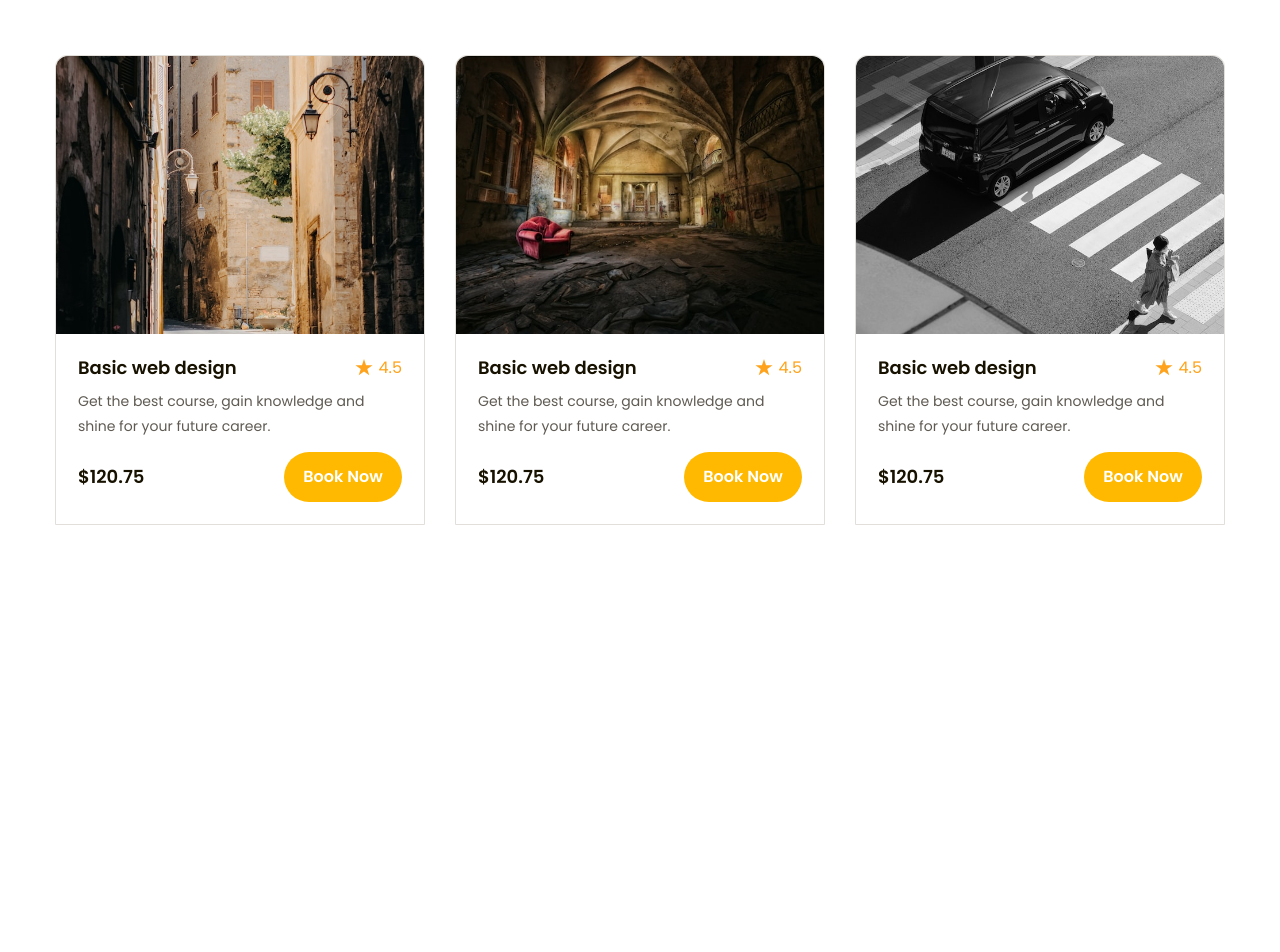
Repository: empty24062002/f8-htmlcss-02-pratice
Page: index.html
These files come from the project's save history. The page is drawn as it stood at one moment and after the next save; the edit follows.
The browser window is 1280 px wide. The pictures show the part of the page from y = 1196 to 2148 px (the page is 5187 px tall).
A picture or video elsewhere on the page could not be fetched, so the positions and the page height are approximate.

Above is the page before, as saved 2023-07-19 08:36:01.

### index.html
<!DOCTYPE html>
<html lang="en">
    <head>
        <meta charset="UTF-8" />
        <meta name="viewport" content="width=device-width, initial-scale=1.0" />
        <title>F8 Project 02 Practice</title>
        <!-- Reset CSS -->
        <link rel="stylesheet" href="./assets/css/reset.css" />
        <!-- Embed font -->
        <link rel="preconnect" href="https://fonts.googleapis.com" />
        <link rel="preconnect" href="https://fonts.gstatic.com" crossorigin />
        <link
            href="https://fonts.googleapis.com/css2?family=Poppins:wght@400;500;600;700&family=Sen:wght@700&display=swap"
            rel="stylesheet"
        />
        <link rel="stylesheet" href="./assets/css/styles.css" />
    </head>
    <body>
        <!-- Header -->
        <header class="header fixed">
            <div class="main-content">
                <div class="body">
                    <img
                        src="./assets/img/logo.svg"
                        alt="lesson."
                        class="logo"
                    />
                    <!-- nav -->
                    <nav class="nav">
                        <ul>
                            <li class="active">
                                <a href="#!">Home</a>
                            </li>
                            <li>
                                <a href="#!">Courses</a>
                            </li>
                            <li>
                                <a href="#!">Pricing</a>
                            </li>
                            <li>
                                <a href="#!">Reviews</a>
                            </li>
                        </ul>
                    </nav>
                    <!-- Action -->
                    <div class="action">
                        <a href="#!" class="btn sign-up-btn">Sign Up</a>
                    </div>
                </div>
            </div>
        </header>
        <main style="height: 5000px">
            <!-- hero -->
            <div class="hero">
                <div class="main-content">
                    <div class="hero-body">
                        <!-- Hero left -->
                        <div class="media-block">
                            <img
                                src="./assets/img/hero-media.jpg"
                                alt="Learn without limits and spread knowledge."
                                class="img"
                            />
                            <div class="hero-summary">
                                <!-- Item 1 -->
                                <div class="item">
                                    <div class="icon">
                                        <img
                                            src="./assets/icons/icon1.svg"
                                            alt=""
                                        />
                                    </div>
                                    <div class="info">
                                        <p class="lable">20 Courses</p>
                                        <p class="title">UI/UX Design</p>
                                    </div>
                                </div>
                                <!-- Item 2 -->
                                <div class="item">
                                    <div class="icon">
                                        <img
                                            src="./assets/icons/icon2.svg"
                                            alt=""
                                        />
                                    </div>
                                    <div class="info">
                                        <p class="lable">20 Courses</p>
                                        <p class="title">Development</p>
                                    </div>
                                </div>
                                <!-- Item 3 -->
                                <div class="item">
                                    <div class="icon">
                                        <img
                                            src="./assets/icons/icon 3.svg"
                                            alt=""
                                        />
                                    </div>
                                    <div class="info">
                                        <p class="lable">30 Courses</p>
                                        <p class="title">Marketing</p>
                                    </div>
                                </div>
                            </div>
                        </div>
                        <!-- Hero right -->
                        <div class="content-block">
                            <h1 class="heading lv1">
                                Learn without limits and spread knowledge.
                            </h1>
                            <p class="desc">
                                Build new skills for that “this is my year”
                                feeling with courses, certificates, and degrees
                                from world-class universities and companies.
                            </p>
                            <div class="cta-group">
                                <a href="" class="btn cta-btn">See Courses</a>
                                <button class="watch-video">
                                    <div class="icon">
                                        <img
                                            src="./assets/icons/watch-video.svg"
                                            alt=""
                                        />
                                    </div>
                                    <span>Watch video</span>
                                </button>
                            </div>
                            <p class="desc">Recent engagement</p>
                            <p class="desc stats">
                                <strong>50K</strong> Students
                                <strong>70+</strong> Courses
                            </p>
                        </div>
                    </div>
                </div>
            </div>
            <!-- Popular -->
            <div class="popular">
                <div class="main-content">
                    <div class="popular-top">
                        <div class="info">
                            <h2 class="heading lv2">Our popular courses</h2>
                            <p class="desc">
                                Build new skills with new trendy courses and
                                shine for the next future career.
                            </p>
                        </div>
                        <div class="controls">
                            <button class="control-btn">
                                <svg
                                    width="8"
                                    height="14"
                                    viewBox="0 0 8 14"
                                    fill="none"
                                    xmlns="http://www.w3.org/2000/svg"
                                >
                                    <path
                                        d="M7 1L1 7L7 13"
                                        stroke="currentColor"
                                        stroke-linecap="round"
                                        stroke-linejoin="round"
                                    />
                                </svg>
                            </button>
                            <button class="control-btn">
                                <svg
                                    width="8"
                                    height="14"
                                    viewBox="0 0 8 14"
                                    fill="none"
                                    xmlns="http://www.w3.org/2000/svg"
                                >
                                    <path
                                        d="M1 1L7 7L1 13"
                                        stroke="currentColor"
                                        stroke-linecap="round"
                                        stroke-linejoin="round"
                                    />
                                </svg>
                            </button>
                        </div>
                    </div>
                    <div class="course-list">
                        <!-- Course item 1 -->
                        <div class="course-item">
                            <a href="#!">
                                <img
                                    src="./assets/img/popular-1.jpg"
                                    alt=""
                                    class="thumb"
                                />
                            </a>
                            <div class="info">
                                <div class="head">
                                    <h3 class="title">
                                        <a href="">Basic web design</a>
                                    </h3>
                                    <div class="rating">
                                        <img
                                            src="./assets/icons/star.svg"
                                            alt=""
                                            class="star"
                                        />
                                        <span class="value">4.5</span>
                                    </div>
                                </div>
                                <p class="desc">
                                    Get the best course, gain knowledge and
                                    shine for your future career.
                                </p>
                                <div class="foot">
                                    <span class="price"> $120.75 </span>
                                    <a href="#!" class="btn">Book Now</a>
                                </div>
                            </div>
                        </div>
                        <!-- Course item 2 -->
                        <div class="course-item">
                            <a href="#!">
                                <img
                                    src="./assets/img/popular-2.jpg"
                                    alt=""
                                    class="thumb"
                                />
                            </a>
                            <div class="info">
                                <div class="head">
                                    <h3 class="title">
                                        <a href="#!">Basic web design</a>
                                    </h3>
                                    <div class="rating">
                                        <img
                                            src="./assets/icons/star.svg"
                                            alt=""
                                            class="star"
                                        />
                                        <span class="value">4.5</span>
                                    </div>
                                </div>
                                <p class="desc">
                                    Get the best course, gain knowledge and
                                    shine for your future career.
                                </p>
                                <div class="foot">
                                    <span class="price"> $120.75 </span>
                                    <a href="#!" class="btn">Book Now</a>
                                </div>
                            </div>
                        </div>
                        <!-- Course Item 3 -->
                        <div class="course-item">
                            <a href="#!">
                                <img
                                    src="./assets/img/popular-3.jpg"
                                    alt=""
                                    class="thumb"
                                />
                            </a>
                            <div class="info">
                                <div class="head">
                                    <h3 class="title">
                                        <a href="#!">Basic web design</a>
                                    </h3>
                                    <div class="rating">
                                        <img
                                            src="./assets/icons/star.svg"
                                            alt=""
                                            class="star"
                                        />
                                        <span class="value">4.5</span>
                                    </div>
                                </div>
                                <p class="desc">
                                    Get the best course, gain knowledge and
                                    shine for your future career.
                                </p>
                                <div class="foot">
                                    <span class="price"> $120.75 </span>
                                    <a href="#!" class="btn book-btn"
                                        >Book Now</a
                                    >
                                </div>
                            </div>
                        </div>
                    </div>
                </div>
            </div>
        </main>
    </body>
</html>

### assets/css/styles.css
* {
    box-sizing: border-box;
}

:root {
    --font-heading: Sen, sans-serif;
    --primary-color: #ffb900;
    --secondary-color: #171100;
}

html {
    font-size: 62.5%;
}

body {
    font-size: 1.6rem;
    font-family: "Poppins", sans-serif;
}

/* Common */
a {
    text-decoration: none;
}

.main-content {
    width: 1170px;
    max-width: calc(100% - 48px);
    margin-left: auto;
    margin-right: auto;
}

.btn {
    display: inline-block;
    width: 118px;
    line-height: 50px;
    font-size: 1.6rem;
    font-weight: 600;
    text-align: center;
    color: #ffffff;
    background: var(--secondary-color);
    border-radius: 999px;
}

.btn:hover {
    opacity: 0.9;
    cursor: pointer;
}

.heading {
    color: var(--secondary-color);
    font-family: var(--font-heading);
    font-size: 5.8rem;
    letter-spacing: -0.02em;
}

.heading.lv1 {
    font-weight: 700;
    line-height: 1.17;
}
.heading.lv2 {
    font-size: 3.8rem;
    line-height: 1.26;
}

/* Header */
.header {
    padding: 56px 0 65px;
    background: #fffcf4;
}

.header.fixed {
    position: sticky;
    margin-top: -28px;
}

.header .body {
    display: flex;
    align-items: center;
    padding: 36px 0 8px;
}

.nav {
    margin-left: auto;
}

.nav ul {
    display: flex;
}

.nav a {
    position: relative;
    padding: 8px 21px;
    font-size: 1.6rem;
    font-weight: 400;
    color: var(--secondary-color);
}

.nav a:hover,
.nav li.active a {
    text-shadow: 1px 0 0 currentColor;
    color: var(--secondary-color);
}

.nav li.active a::after {
    position: absolute;
    left: 21px;
    bottom: 6px;
    content: "";
    display: block;
    width: 12px;
    height: 2px;
    border-radius: 1px;
    background-color: var(--secondary-color);
}

.header .sign-up-btn {
    min-width: 144px;
    border-radius: 25px;
}

.header .action {
    margin-left: 49px;
}

/* Hero */
.hero {
    background: #fffcf4;
    padding-top: 64px 0 65px;
}

.hero .hero-body {
    display: flex;
}

/* hero left */
.hero .media-block {
    width: 48%;
    position: relative;
}

.hero .media-block .img {
    width: 470px;
    height: 685px;
    object-fit: cover;
    border-radius: 20px;
    vertical-align: bottom;
}

.hero-summary {
    position: absolute;
    padding: 24px 28px;
    bottom: 48px;
    right: 0;
    width: 270px;
    border-radius: 12px;
    background-color: #ffffff;
    box-shadow: 0px 16px 32px 0px #0000000d;
}

.hero-summary .item {
    display: flex;
    align-items: center;
}

.hero-summary .item + .item {
    margin-top: 22px;
}

.hero-summary .icon {
    display: flex;
    align-items: center;
    justify-content: center;
    width: 48px;
    height: 48px;
    background-color: #fff9e8;
    border-radius: 50%;
}

.hero-summary .item:nth-of-type(2) .icon {
    background: #fcefff;
}
.hero-summary .item:nth-of-type(3) .icon {
    background: #ebeaff;
}

.hero-summary .info {
    margin-left: 16px;
}

.hero-summary .lable {
    color: #5f5b53;
    font-size: 1.4rem;
    font-weight: 400;
    line-height: 1.85;
}

.hero-summary .title {
    color: var(--secondary-color);
    font-size: 1.8rem;
    font-weight: 600;
    line-height: 1.66;
}
/* Hero right */
.hero .content-block {
    width: 52%;
    padding: 64px 0 0 130px;
}

.hero .desc {
    margin-top: 22px;
    color: #5f5b53;
    font-size: 1.8rem;
    font-weight: 400;
    line-height: 1.66;
}

.hero .cta-group {
    display: flex;
    align-items: center;
    margin: 38px 0 48px;
}

.hero .cta-btn {
    min-width: 180px;
    line-height: 64px;
    background-color: var(--primary-color);
}

.hero .watch-video {
    display: flex;
    justify-content: center;
    align-items: center;
    margin-left: 28px;
    border: none;
    background-color: transparent;
}

.hero .watch-video .icon {
    display: flex;
    align-items: center;
    justify-content: center;
    width: 40px;
    height: 40px;
    border-radius: 50%;
    background-color: #ffffff;
    box-shadow: 0px 8px 16px 0px #00000012;
}

.hero .watch-video span {
    margin-left: 14px;
    color: var(--secondary-color);
    font-size: 1.8rem;
    font-weight: 600;
    line-height: 1.66;
}

.hero .stats {
    margin: 8px 0 0 -28px;
}

.hero .stats strong {
    padding: 0 8px 0 28px;
    color: var(--secondary-color);
    font-family: var(--font-heading);
    font-size: 4.4rem;
    font-weight: 700;
    line-height: 1.22;
}
/* Popular */
.popular {
    padding: 65px 0;
    margin-top: 135px;
}

.popular-top {
    display: flex;
    justify-content: space-between;
    align-items: center;
}

.popular-top .desc {
    width: 458px;
    margin-top: 16px;
    color: #5f5b53;
    font-size: 1.8rem;
    font-weight: 400;
    line-height: 1.66;
}

.popular-top .controls {
    display: flex;
    gap: 18px;
}

.popular-top .control-btn {
    display: flex;
    justify-content: center;
    align-items: center;
    width: 40px;
    height: 40px;
    color: var(--primary-color);
    border: 1px solid var(--primary-color);
    border-radius: 50%;
    background-color: transparent;
    cursor: pointer;
}

.popular-top .control-btn:hover {
    color: #fff9e8;
    background-color: var(--primary-color);
}

.popular .course-list {
    display: flex;
    gap: 30px;
    margin-top: 55px;
}

.popular .course-item {
    flex: 1;
    width: 370px;
    background-color: #ffffff;
    border: 1px solid #e2dfda;
    border-radius: 12px 12px 0px 0px;
}

.popular .course-item:hover {
    border-color: transparent;
    box-shadow: 0px 18px 36px 0px #0000000d;
}

.popular .course-item .thumb {
    width: 100%;
    height: 278px;
    object-fit: cover;
    border-radius: 12px 12px 0px 0px;
}
.popular .course-item .info {
    padding: 16px 22px 22px;
}

.popular .course-item .rating,
.popular .course-item .foot,
.popular .course-item .head {
    display: flex;
    align-items: center;
    justify-content: space-between;
}

.popular .course-item .title a {
    color: var(--secondary-color);
    font-size: 1.8rem;
    font-weight: 600;
    line-height: 1.66;
}

.popular .course-item .value {
    margin-left: 6px;
    color: #fea31b;
    font-size: 1.6rem;
    font-weight: 400;
}

.popular .course-item .desc {
    margin-top: 6px;
    color: #5f5b53;
    font-size: 1.4rem;
    font-weight: 400;
    line-height: 1.85; /* 185.714% */
}

.popular .course-item .price {
    color: #171100;
    font-size: 1.8rem;
    font-weight: 600;
    line-height: 1.66;
}

.popular .course-item .foot {
    margin-top: 12px;
}

.popular .course-item .foot a {
    background-color: var(--primary-color);
}

Loaded but not shown: assets/css/reset.css (common file)

After the next save:
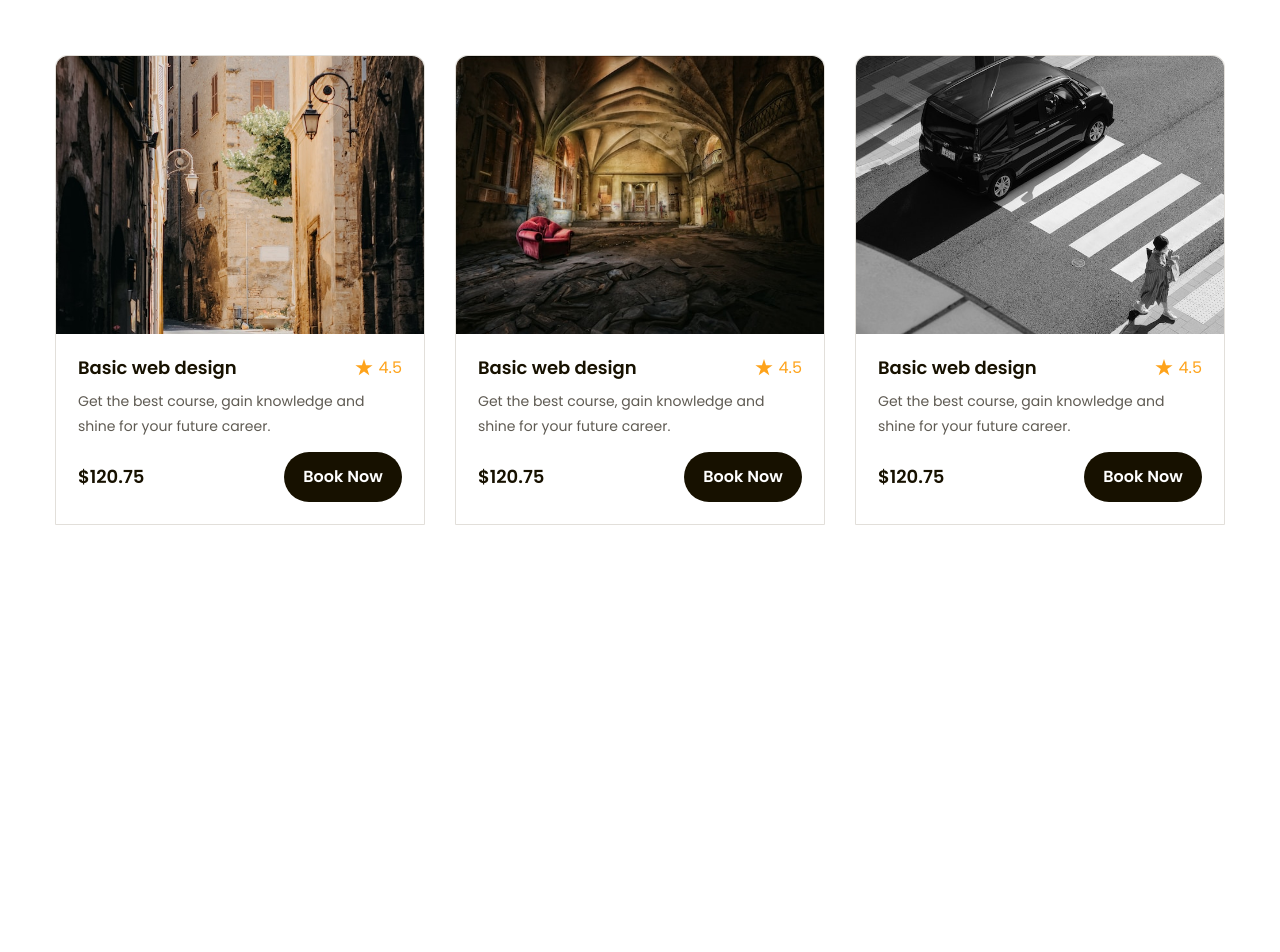
Saved 42 s later.
--- a/assets/css/styles.css
+++ b/assets/css/styles.css
@@ -380,6 +380,10 @@
     margin-top: 12px;
 }
 
-.popular .course-item .foot a {
+.popular .course-item .book-btn {
+    border: none;
+}
+
+.popular .course-item .book-btn:hover {
     background-color: var(--primary-color);
 }
